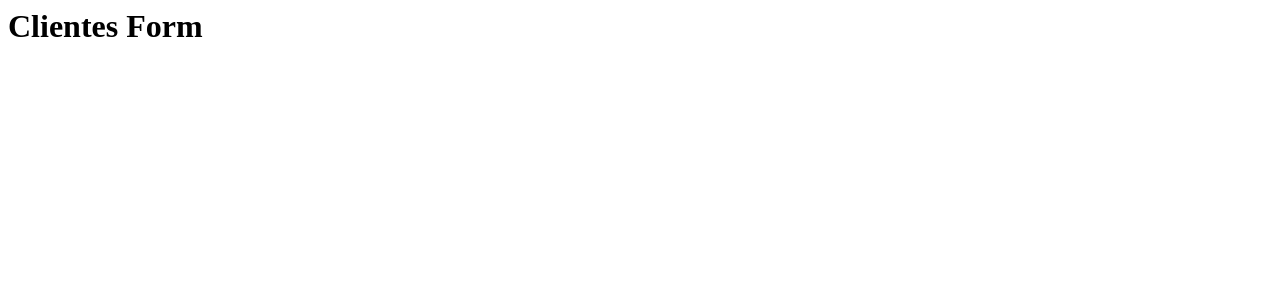
Repository: adrielwerlich/aulas_webdev_sistemasdeinfo
Page: http://localhost/includes/pedidos-form.php
These files come from the project's save history. The page is drawn as it stood at one moment and after the next save; the edit follows.
The browser window is 1280 px wide. The pictures show the whole page.
The page is run by PHP 8.4 with error messages shown; the project is at /var/www/html/.

Above is the page before, as saved 2019-03-15 20:03:24.

After the next save:
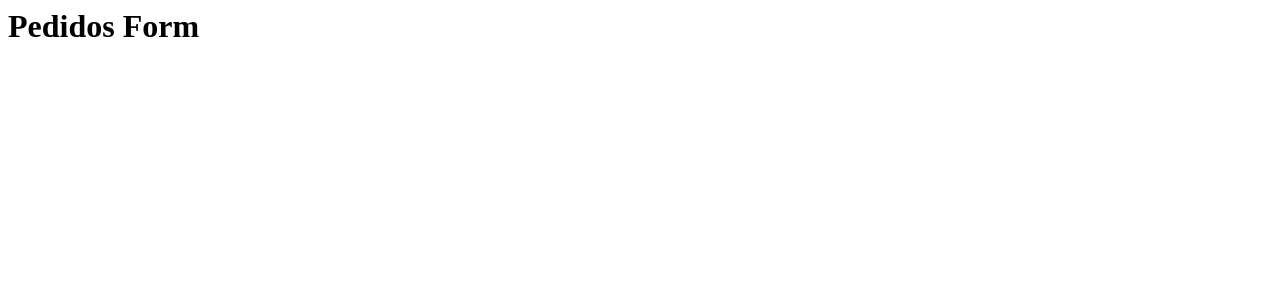
Saved 7 s later.
--- a/includes/pedidos-form.php
+++ b/includes/pedidos-form.php
@@ -1,7 +1,7 @@
 <div class="container">
 <div class="row">
  <form action="#" >
-  <h1 class="text-warning">Clientes Form</h1>
+  <h1 class="text-warning">Pedidos Form</h1>
  </form>
 </div>
 </div>
